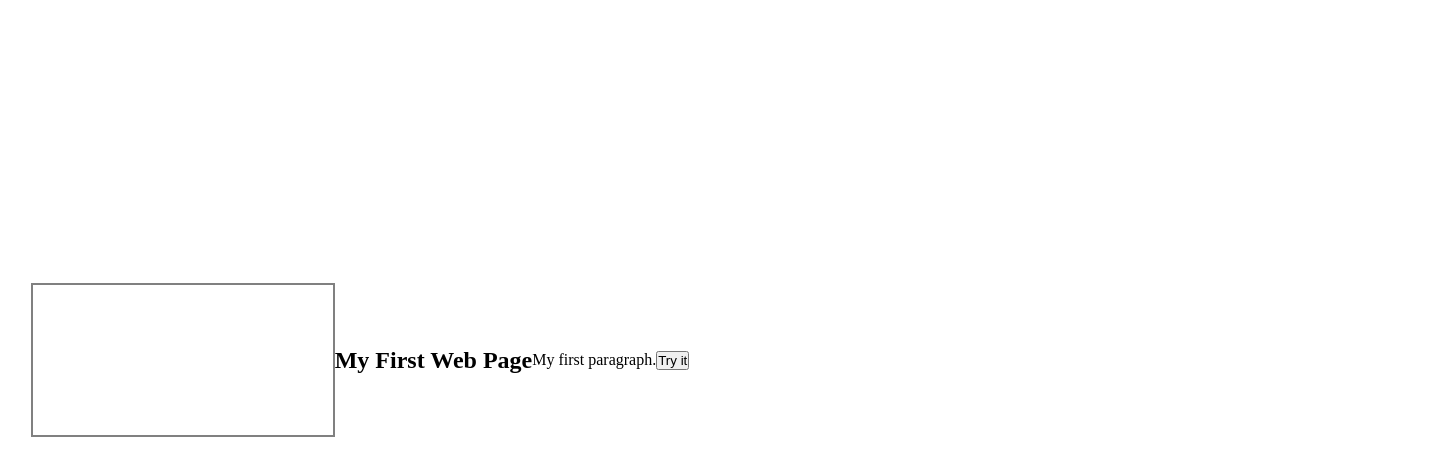
Repository: btgoo/game
Page: car.html
The author's editor kept a copy of each file at every save. The page is drawn from the files as they stood at one save, then again after a run of saves.
The browser window is 1280 px wide. The page is 1280 px wide, then 1440 px, so the pictures cover 1440 px, including what lies to the right of the window. The pictures show the whole page.

Above is the page before, as saved 2025-10-25 15:28:16.
Console error: SyntaxError: Unexpected token ')'

### car.html
<!DOCTYPE html>
<script src="carscript.js" defer type="module"></script>
<link rel="stylesheet" href="car_style.css">
<html lang="en">
<head>
    <meta charset="UTF-8">
    <meta http-equiv="X-UA-Compatible" content="IE=edge" />
    <meta name="viewport" content="width=device-width, initial-scale=1.0">
    <title>CarGo</title>
</head>
<body>
    <canvas id="game"></canvas>
    <br>
    <h2> My First Web Page</h2>
    <p>My first paragraph.</p>

    <p id="demo"></p>

    <button type="button" onclick="document.getElementById('demo').innerText = (5 + 6)">Try it</button>

</body>
 </html>

### carscript.js
// let board;
// let boardWidth = 1200;
// let boardHeight = 600;
// let context;

// let carWidth = 150;
// let carHeight = 95;
// let carX = boardWidth/24;
// let carY = boardHeight/2.5;

// let car = {
//     x : carX,
//     y : carY,
//     width : carWidth,
//     height : carHeight
// }

// window.onload = function() {
//     board = document.getElementById("board");
//     board.width = boardWidth;
//     board.height = boardHeight;
//     context = board.getContext("2d");

//     planeImg = new Image();
//     planeImg.src = "/assets/car_images/Plane.png"
//     planeImg.onload = function() {
//         context.drawImage(planeImg, plane.x, plane.y, plane.width, plane.height)
//     }
// }
const canvas = document.getElementById("game");
const ctx = canvas.getContext("2d");

const GAME_WIDTH = 1200;
const GAME_HEIGHT = 600;

let scaleRatio = null;
function setScreen(){
    scaleRatio = getScaleRatio();
}

function getScaleRatio(){
    const screenHeight = Math.min(
        window.innerHeight,
        document.documentElement.clientHeight
    );

    const screenWidth = Math.min(
        window.innerWidth,
        document.documentElement.clientWidth
    );

    if()
}

### car_style.css
* {
    padding: 0px;
    margin: 0px;
}
body{
    display:flex;
    align-items: center;
    justify-content: center;
    height: 100vh;
    width: 100vh;

    user-select: none;
    touch-action: none;
    -webkit-touch-callout: none;
    -webkit-user-select: none;
    -khtml-user-select: none;
    -moz-user-select: none;
    -ms-user-select: none;
    user-select: none;
    outline: none;
    -webkit-tap-highlight-color: rgba(255, 255, 255, 0);
}
canvas {
    border: 2px solid grey;
}

After the next 2 saves:
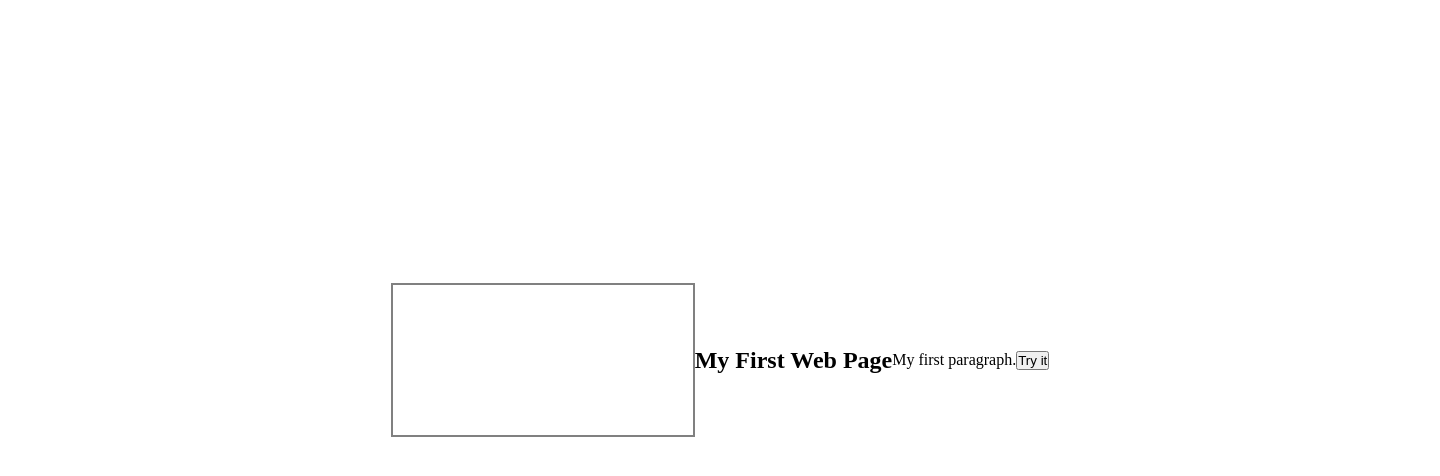
The 2 saves are shown as one change because they came seconds apart.
The last was saved 14 s later.
--- a/car_style.css
+++ b/car_style.css
@@ -7,7 +7,7 @@ body{
     align-items: center;
     justify-content: center;
     height: 100vh;
-    width: 100vh;
+    width: 200vh;
 
     user-select: none;
     touch-action: none;
